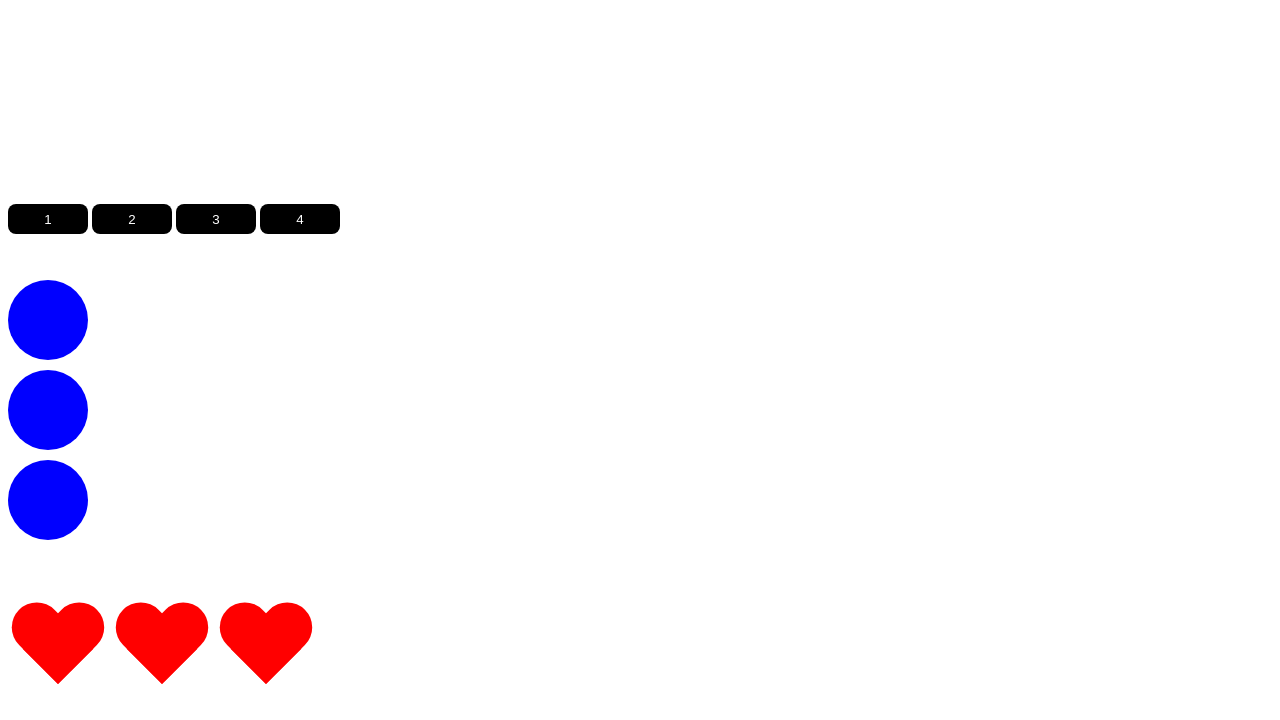
Repository: ivan151/jsudemy
Page: index.html
An editor plug-in stored every save of this project. The page is shown before and after the next save, followed by the edit.
The browser window is 1280 px wide. The pictures show the whole page.

Above is the page before, as saved 2020-05-02 10:04:11.
Console error: SyntaxError: missing ) after argument list

After the next save:
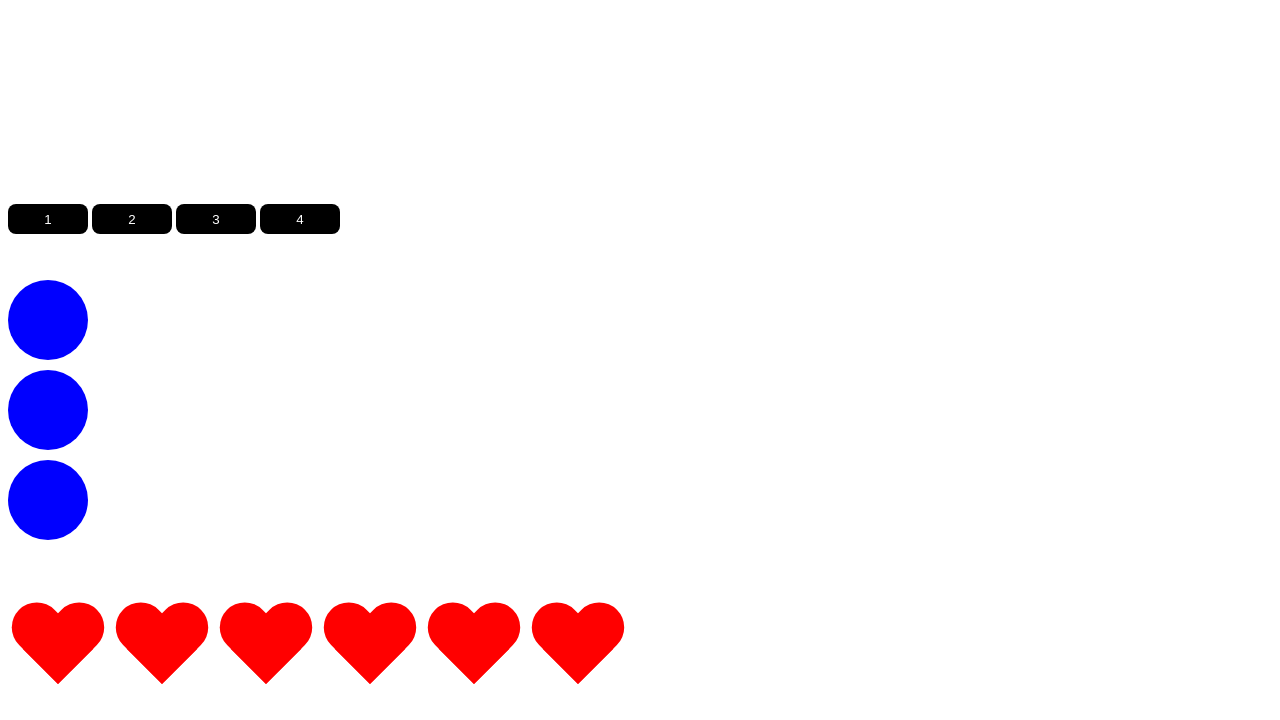
Saved 12 s later.
--- a/index.html
+++ b/index.html
@@ -25,6 +25,9 @@
     <div class="heart"></div>
     <div class="heart"></div>
     <div class="heart"></div>
+    <div class="heart"></div>
+    <div class="heart"></div>
+    <div class="heart"></div>
     <div class="div" class = 'box'></div>
     <script src="script.js"></script>
 </body>
